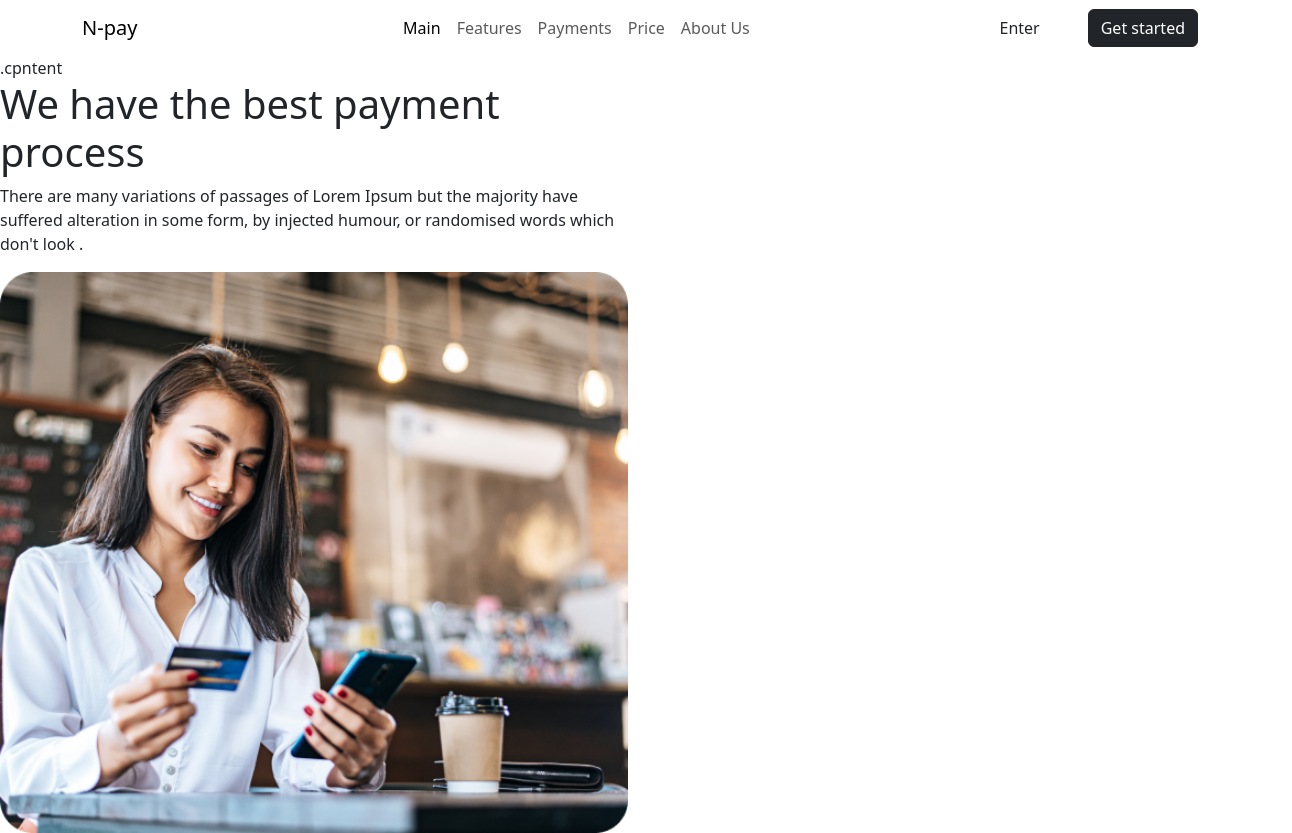
Repository: Senianga/N-pay
Page: index.html
An editor plug-in stored every save of this project. The page is shown before and after a run of saves, followed by the edit.
The browser window is 1280 px wide. The page is 1292 px wide, so the pictures cover 1292 px, including what lies to the right of the window. The pictures show the whole page.
The style sheet was rebuilt from its Sass, Less or Tailwind sources for each picture, by a compiler version that may differ from the author's.

Above is the page before, as saved 2023-05-01 14:49:23.

After the next 2 saves:
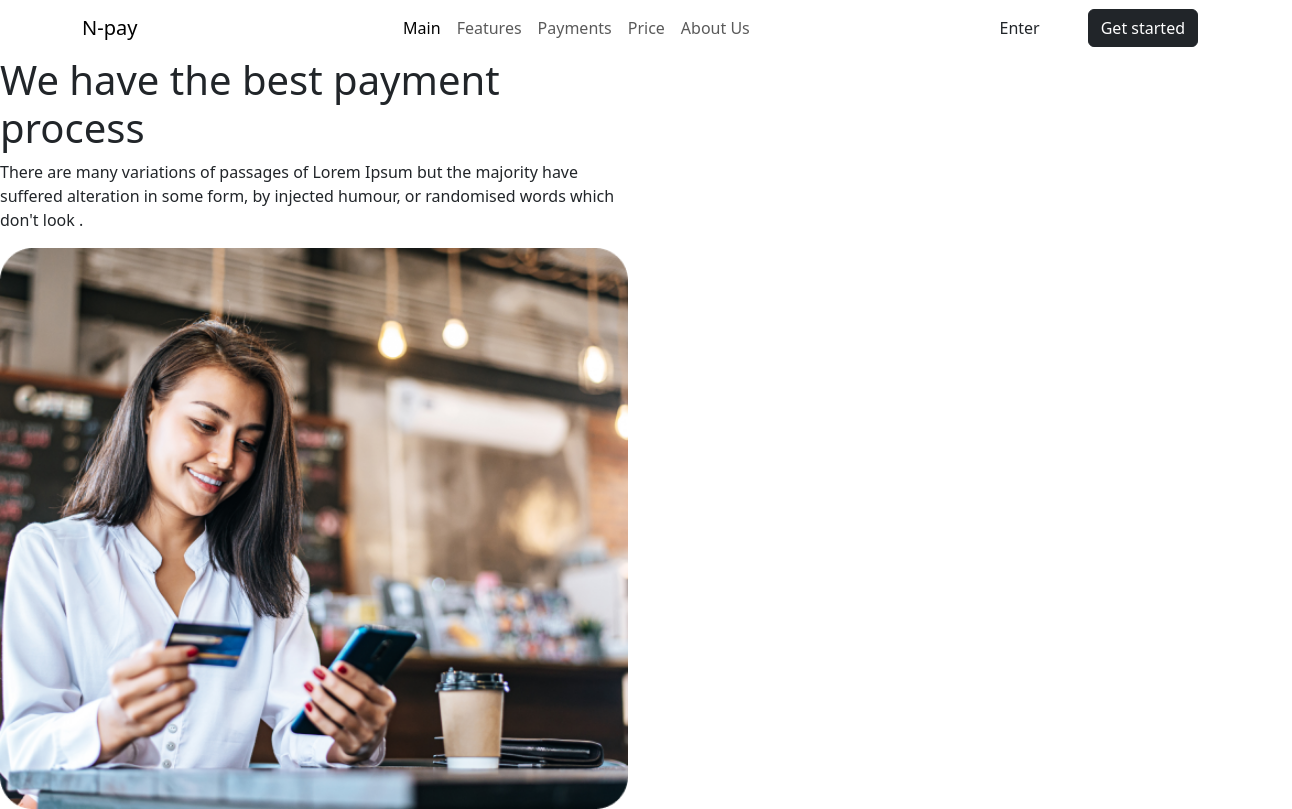
The 2 saves are shown as one change because they came seconds apart.
The last was saved 8 s later.
--- a/index.html
+++ b/index.html
@@ -48,7 +48,9 @@
         <container-main class="bg-body-tertiary">
             <div class="row">
                 <div class="col-mg-6 col-sm-12">
-                    .cpntent
+                    <div class="content">
+
+                    </div>
                     <h1 class="col-5">
                         We have the best
                         payment process
